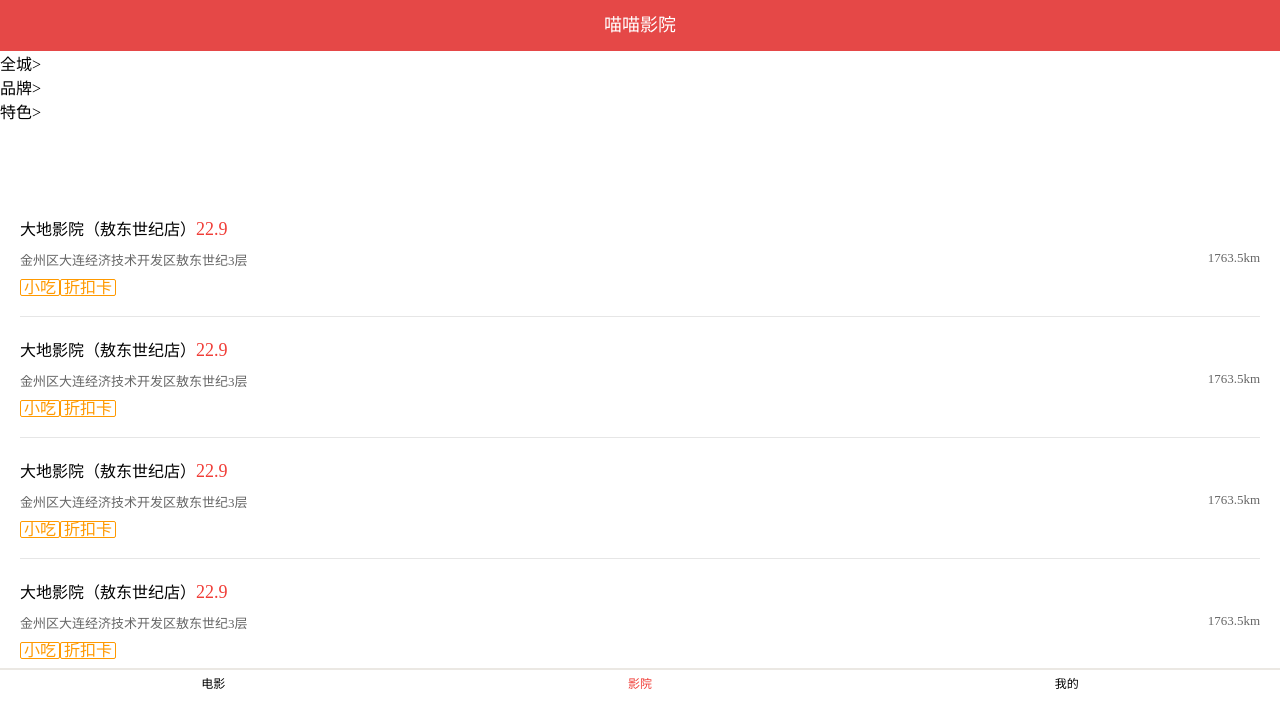
Repository: X-J-0/miaomiao_film
Page: /cinema (app in miaomiao/)
These files come from the project's save history. The page is drawn as it stood at one moment and after the next save; the edit follows.
The browser window is 1280 px wide. The pictures show the whole page.
The project was rebuilt for these pictures with package versions that can differ from the ones it lists, and the page was loaded fresh each time. Also part of the build but not shown: miaomiao/src/components/Allocate/index.vue. Imported but missing from the stored project, and not drawn on this page: miaomiao/src/components/Brand, miaomiao/src/components/Special.

Above is the page before, as saved 2020-03-24 19:37:25.

### miaomiao/public/index.html
<!DOCTYPE html>
<html lang="en">
  <head>
    <meta charset="utf-8">
    <meta http-equiv="X-UA-Compatible" content="IE=edge">
    <meta name="viewport" content="width=device-width,initial-scale=1.0,user-scalable=no">
    <link rel="icon" href="<%= BASE_URL %>favicon.ico">
    <link rel="stylesheet" href="<%= BASE_URL %>css/common.css">
    <!-- <link rel="stylesheet" href="<%= BASE_URL %>css/common.css"> -->
    <title><%= htmlWebpackPlugin.options.title %></title>
  </head>
  <body>
    <noscript>
      <strong>We're sorry but <%= htmlWebpackPlugin.options.title %> doesn't work properly without JavaScript enabled. Please enable it to continue.</strong>
    </noscript>
    <div id="app"></div>
    <!-- built files will be auto injected -->
  </body>
</html>

### miaomiao/src/App.vue
<template>
    <keep-alive>
        <router-view/>
    </keep-alive>
</template>

<style lang="scss">
</style>

### miaomiao/src/router/index.js
import Vue from 'vue'
import VueRouter from 'vue-router'
import movieRouter from './movie'
import mineRouter from './mine'
import cinemaRouter from './cinema'

Vue.use(VueRouter)


const router = new VueRouter({
  mode: 'history',
  base: process.env.BASE_URL,
  routes: [
    movieRouter,
    mineRouter,
    cinemaRouter,
    {
      path:'/*',
      redirect:'/movie'
    }
  ]
})

export default router

### miaomiao/src/router/movie/index.js
export default {
    path:'/movie',
    component : () => import('@/views/Movie'),
    children:[
        {
            path:'city',
            component:()=>import('@/components/City')
        },
        {
            path:'nowPlaying',
            component:()=>import('@/components/NowPlaying')
        },
        {
            path:'comingSoon',
            component:()=>import('@/components/ComingSoon')
        },
        {
            path:'search',
            component:()=>import('@/components/Search')
        },
        {
            path:'/movie',
            redirect:'/movie/nowPlaying'
        }
    ]
}

### miaomiao/src/router/mine/index.js
export default {
    path:'/mine',
    component : () => import('@/views/Mine'),
    children:[
        {
            path:'center',
            component:()=>import('@/views/Mine/center.vue')
        },
        {
            path:'login',
            component:()=>import('@/components/Login')
        },
        {
            path:'register',
            component:()=>import('@/components/Register')
        },
        {
            path:'findPassword',
            component:()=>import('@/components/FindPassword')
        },
        {
            path:'/mine',
            redirect:'center'
        }
    ]
}

### miaomiao/src/router/cinema/index.js
export default {
    path:'/cinema',
    component : () => import('@/views/Cinema'),
    children:[
        {
            path:'allocate',
            component:()=>import('@/components/Allocate')
        },
        {
            path:'brand',
            component:()=>import('@/components/Brand')
        },
        {
            path:'special',
            component:()=>import('@/components/Special')
        },
        {
            path:'/cinema',
            redirect:'/cinema/allocate'
        }
    ]
}

### miaomiao/src/views/Cinema/index.vue
<template>
    <div id="main">
        <Header title="喵喵影院" />
        <div id="content">
          <div class="cinema_menu">
            <div class="city_switch">
              全城>
            </div>
            <div class="brand_switch">
              品牌>
            </div>
            <div class="feature_switch">
              特色>
            </div>
          </div>
        </div>
        <Clist/>
        <TabBar />
    </div>
</template>

<script>

import Header from '@/components/Header';
import TabBar from '@/components/TabBar';
import Clist from '@/components/Clist';
export default {
  name:'Cinema',
    components : {
    Header,
    TabBar,
    Clist
  },
  data(){
   return {

   }
  }
}
</script>

<style scoped>

</style>

### miaomiao/src/components/Header/index.vue
<template>
    <header id="header">
        <h1>{{title}}</h1>
    </header>
</template>

<script>
export default {
  name:'Header',
  props:{
      title:{
          type:String,
          default:'喵喵电影'
      }
  }
}
</script>

<style scoped>
#header{width:100%;height:50px;color:#fff;background-color: #e54847;border-bottom:1px solid #e54847;position: relative;}
#header h1{font-size:18px;text-align: center;line-height: 50px; font-weight: normal;}
#header i{position:absolute;left:5px;top:50%;margin-top:-13px;font-size:26px;}
</style>

### miaomiao/src/components/TabBar/index.vue
<template>
    <footer id="footer">
        <ul>
            <router-link tag="li" to="/movie">
                <!-- <i class="iconfont icon-dianying"></i> -->
                <p>电影</p>
            </router-link>
            <router-link tag="li" to="/cinema">
                <!-- <i class="iconfont icon-yingyuan"></i> -->
                <p>影院</p>
            </router-link>
            <router-link tag="li" to="/mine">
                <!-- <i class="iconfont icon-dianying"></i> -->
                <p>我的</p>
            </router-link>
        </ul>
    </footer>
</template>

<script>
export default {
  name:'Footer',
  data(){
   return {

   }
  }
}
</script>

<style scoped>
#footer{width:100%; height:50px;background-color: #fff;border-top:2px #ebe8e3 solid;position:fixed;left:0;bottom:0;}
#footer ul{display:flex;text-align: center;height:50px;align-items:center;}
#footer ul li{flex:1;height:40px;}
#footer ul li.active{color:#f03d37;}
#footer ul li.router-link-active{color:#f03d37;}
#footer ul i{font-size:20px;}
#footer ul p{font-size:12px;line-height:18px;}
</style>

### miaomiao/src/components/Clist/index.vue
<template>
<div class="cinema_body">
    <ul>
        <li>
            <div>
                <span>大地影院（敖东世纪店）</span>
                <span class="q"><span class="price">22.9</span></span>
            </div>
            <div class="address">
                <span>金州区大连经济技术开发区敖东世纪3层</span>
                <span>1763.5km</span>
            </div>
            <div class="card">
                <div>小吃</div>
                <div>折扣卡</div>
            </div>
        </li>
        <li>
            <div>
                <span>大地影院（敖东世纪店）</span>
                <span class="q"><span class="price">22.9</span></span>
            </div>
            <div class="address">
                <span>金州区大连经济技术开发区敖东世纪3层</span>
                <span>1763.5km</span>
            </div>
            <div class="card">
                <div>小吃</div>
                <div>折扣卡</div>
            </div>
        </li>
        <li>
            <div>
                <span>大地影院（敖东世纪店）</span>
                <span class="q"><span class="price">22.9</span></span>
            </div>
            <div class="address">
                <span>金州区大连经济技术开发区敖东世纪3层</span>
                <span>1763.5km</span>
            </div>
            <div class="card">
                <div>小吃</div>
                <div>折扣卡</div>
            </div>
        </li>
        <li>
            <div>
                <span>大地影院（敖东世纪店）</span>
                <span class="q"><span class="price">22.9</span></span>
            </div>
            <div class="address">
                <span>金州区大连经济技术开发区敖东世纪3层</span>
                <span>1763.5km</span>
            </div>
            <div class="card">
                <div>小吃</div>
                <div>折扣卡</div>
            </div>
        </li>
    </ul>
</div>
</template>

<script>
export default {
  name:'Clist',
  data(){
   return {

   }
  }
}
</script>

<style scoped>
#content .cinema_body{flex:1;overflow:auto;}
.cinema_body ul{padding:20px;}
.cinema_body li{border-bottom:1px solid #e6e6e6;margin-bottom:20px;}
.cinema_body div{margin-bottom:10px;}
.cinema_body .q{font-size:11px;color:#f03d37;}
.cinema_body .price{font-size:18px;}
.cinema_body .address{font-size:13px;color:#666;}
.cinema_body .address span:nth-of-type(2){float:right;}
.cinema_body .card{display:flex;}
.cinema_body .card div{padding:0 3px;height:15px;line-height: 15px;border-radius: 2px;color:#f90;border:1px solid #f90;}
.cinema_body .card div.or{color:#f90;border:1px solid #f90;}
.cinema_body .card div.bl{color:#589daf;border:1px solid #589daf;}
</style>

### miaomiao/public/css/common.css
*{ margin : 0; padding : 0;}
ul,li{ list-style: none}
img{ display: block}
html, body{ height:100%}
.clearfix:after{ content:""; display:block; clear:both}
#main{ height: 100%; display: flex; flex-direction: column;}
#content{ flex:1; overflow:auto; margin-bottom: 50px;position: relative;display: flex;flex-direction: column;}

Loaded but not shown: miaomiao/src/main.js (common file); miaomiao/src/store/index.js (common file)

After the next save:
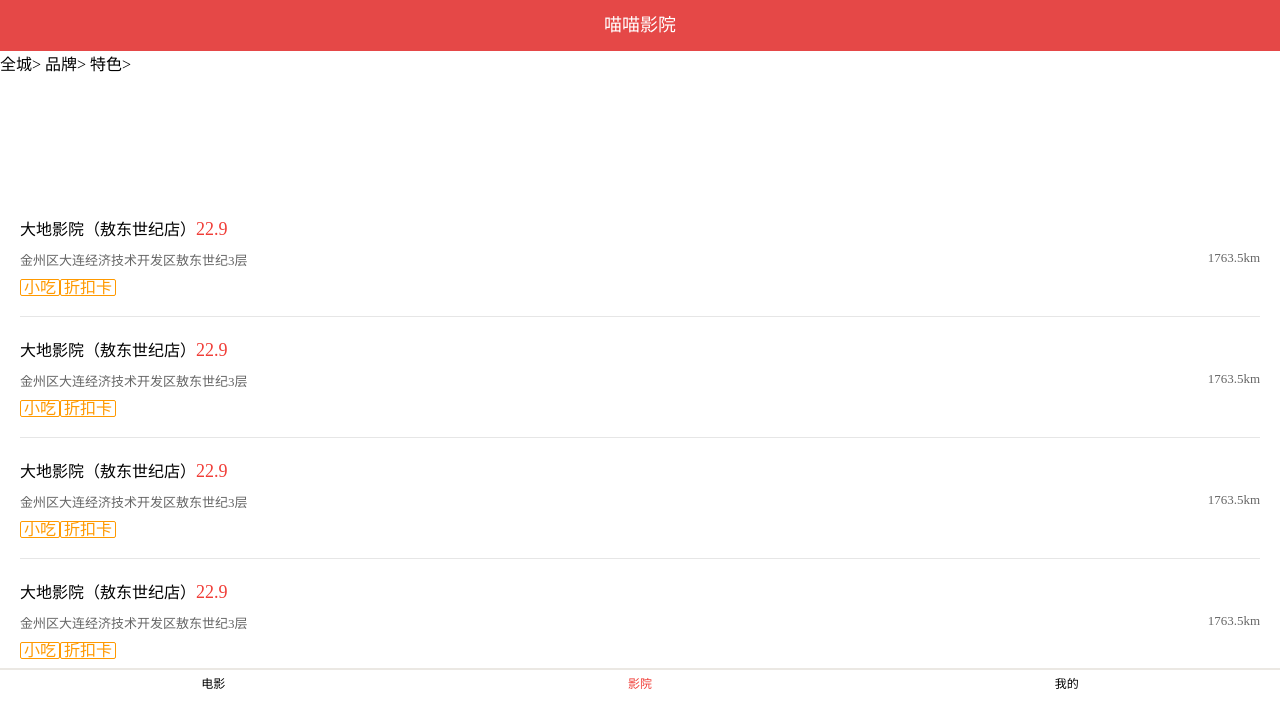
Saved 38 s later.
--- a/miaomiao/src/views/Cinema/index.vue
+++ b/miaomiao/src/views/Cinema/index.vue
@@ -3,15 +3,15 @@
         <Header title="喵喵影院" />
         <div id="content">
           <div class="cinema_menu">
-            <div class="city_switch">
+            <span class="city_switch">
               全城>
-            </div>
-            <div class="brand_switch">
+            </span>
+            <span class="brand_switch">
               品牌>
-            </div>
-            <div class="feature_switch">
+            </span>
+            <span class="feature_switch">
               特色>
-            </div>
+            </span>
           </div>
         </div>
         <Clist/>
